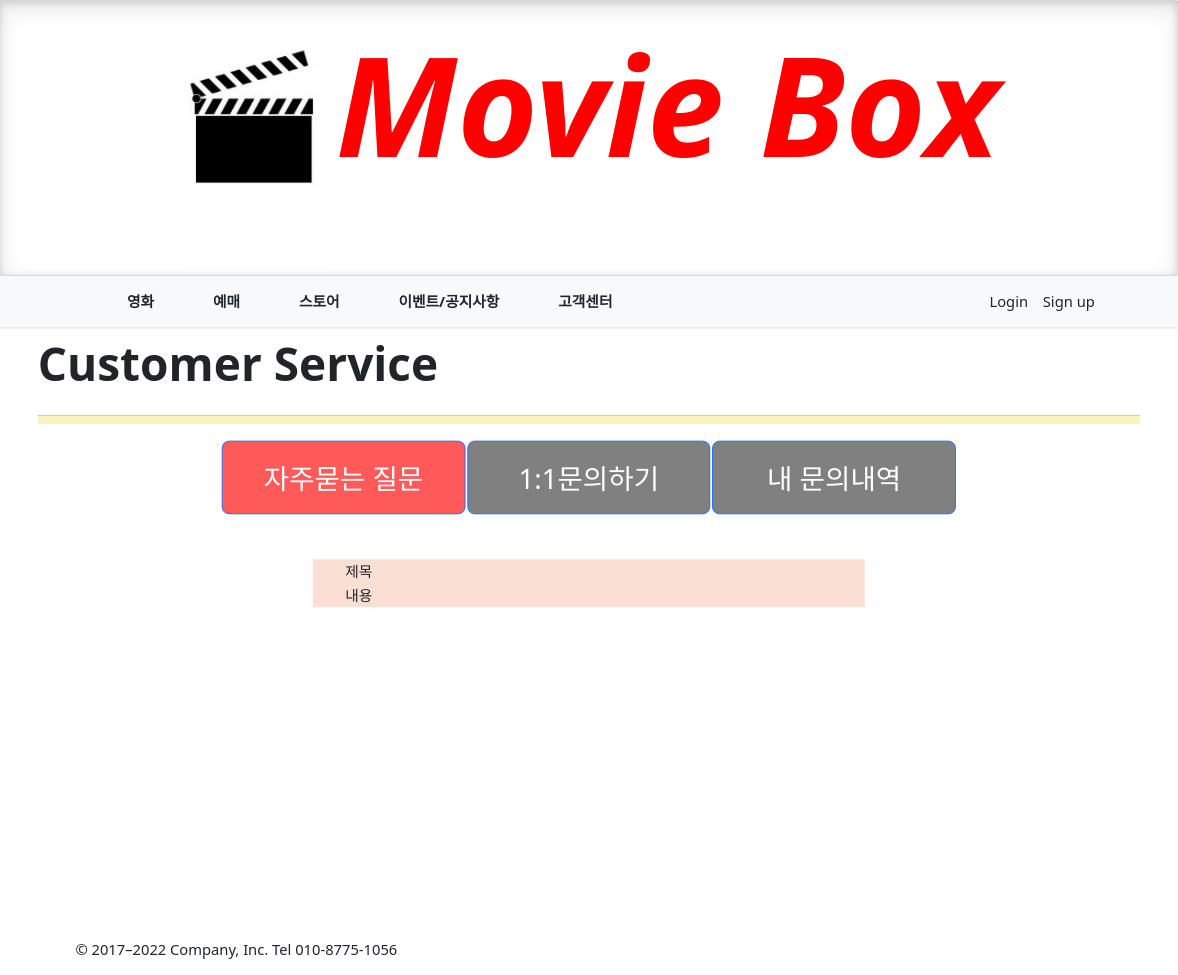
Repository: SpearManCN/MovieBox-2nd-Project-
Page: http://localhost/prj_01/WEB-INF/views/serviceDetail.jsp
The author's editor kept a copy of each file at every save. The page is drawn from the files as they stood at one save, then again after the next save.
The browser window is 1280 px wide. The pictures show the whole page, at 92% of full size.
The page is served by Tomcat 9. Nobody is signed in. Other server files are loaded and not shown. The template is opened directly, without the code that normally fills it, so the values that code supplies are empty.

Above is the page before, as saved 2022-12-21 17:42:50.

### Second project/prj_01/src/main/webapp/WEB-INF/views/serviceDetail.jsp
<%@ page language="java" contentType="text/html; charset=UTF-8"
    pageEncoding="UTF-8"%>
        <%@taglib prefix="c" uri="http://java.sun.com/jsp/jstl/core" %>
<!DOCTYPE html>
<html>
<head>
<meta name="viewport" content="width=device-width, initial-scale=1">
<meta charset="UTF-8">
<script src="/js/jquery-1.11.0.min.js"></script>
<link href="https://cdn.jsdelivr.net/npm/bootstrap@5.2.3/dist/css/bootstrap.min.css" rel="stylesheet" integrity="sha384-rbsA2VBKQhggwzxH7pPCaAqO46MgnOM80zW1RWuH61DGLwZJEdK2Kadq2F9CUG65" crossorigin="anonymous">
<script>
	function goServiceForm(){document.goForm.action="/serviceForm.do"; document.goForm.submit();}
	function goQnA(){document.goForm.action="/serviceQnA.do"; document.goForm.submit();}
	function goQnAList(){document.goForm.action="/serviceQnAList.do"; document.goForm.submit();}
	function goDetail(no){

		$("[name=no]").val(no);
		document.goForm.action="/serviceDetail.do";
		document.goForm.submit();


	}
</script>



</head>
<body>
<%@include file="/WEB-INF/views/commonHeader.jsp" %>
<form name="goForm" method="post"><input type="hidden" name="no" ></form>



<center>
<table width="1200px">
	<tr>
	<td align="left"><span style="font-size:50px; font-weight:bold;">Customer Service</span>
	<tr>
	<td><hr style="height:10px; background-color:#EDD200;">
	<tr>
</table>
</center>

<table align="center" width="800px">
	<tr>
	<td width="220px"><button onclick="goServiceForm();" type="button" class="btn btn-primary btn-lg" style="width:100%; height:80px; background-color:#FF5A5A;">
	<span style="font-size:30px; ">자주묻는 질문</span></button></td>

	<td width="220px"><button onclick="goQnA();" type="button" class="btn btn-primary btn-lg" style="width:100%; height:80px; background-color:gray;">
	<span style="font-size:30px; font-weight:;">1:1문의하기</span></button></td>

	<td width="220px"><button onclick="goQnAList();" type="button" class="btn btn-primary btn-lg" style="width:100%; height:80px; background-color:gray;">
	<span style="font-size:30px; font-weight:;">내 문의내역</span></button></td>

	</tr>
	<tr>
	</tr>

</table>
<br><br>
<table align="center" width="600px" style="background-color:#FAE0D4;">
<tr  align="center"><td width="100px">제목
</td>
<td width="500px">
</td>
</tr>
<tr  align="center">
<td>내용
</td>
<td>
</td>
</tr>
</table>













<br>











<%@include file="/WEB-INF/views/commonFooter.jsp" %>
</body>
</html>

### Second project/prj_01/src/main/webapp/WEB-INF/views/commonHeader.jsp
<%@ page language="java" contentType="text/html; charset=UTF-8"
    pageEncoding="UTF-8"%>



<script src="/js/jquery-1.11.0.min.js"></script>
<script>
function goLogin(){document.commonForm.action="/loginForm.do";document.commonForm.submit(); }
function goLoginJoin(){document.commonForm.action="/loginJoinForm.do";document.commonForm.submit();}
function goMyPage(){document.commonForm.action="/myPageHome.do";document.commonForm.submit(); }
function goMainForm(){document.commonForm.action="/mainForm.do";document.commonForm.submit(); }
function goLogout(){
	if(confirm("로그아웃 하시겠습니까?")){
		document.commonForm.action="/logout.do";document.commonForm.submit();
	}

	 }

</script>

<form name="commonForm" method="post"></form>
<div style="height:300px; background-color: white; border-width: 1px 0;
        box-shadow: inset 0 .5em 1.5em rgba(0, 0, 0, .1), inset 0 .125em .5em rgba(0, 0, 0, .15);         border: solid rgba(0, 0, 0, .15);
        border-width: 1px 0;" class="b-example-divider" align="center" >

 <span style="cursor:pointer" onclick="goMainForm();"><img src="resources/img/movieBox2.jpg" >
 <Span  style="font-size: 150px; color:red; font-weight: bold ; font-style: italic;" >Movie Box</Span>

 </span></div>

  <nav class="py-2 bg-light border-bottom">
    <div class="container d-flex flex-wrap">
      <ul class="nav me-auto">
      <li class="nav-item">&emsp;&emsp;&emsp;</li>
        <li class="nav-item"><a href="movieHome.do" class="nav-link link-dark px-2 active" aria-current="page" style="font-weight: bold ;" >영화</a></li>
         <li class="nav-item">&emsp;&emsp;&emsp;</li>
        <li class="nav-item"><a href="reserveForm.do" class="nav-link link-dark px-2" style="font-weight: bold ;">예매</a></li>
         <li class="nav-item">&emsp;&emsp;&emsp;</li>
        <li class="nav-item"><a href="/storeForm.do" class="nav-link link-dark px-2" style="font-weight: bold ;">스토어</a></li>
         <li class="nav-item">&emsp;&emsp;&emsp;</li>
        <li class="nav-item"><a href="/eventForm.do" class="nav-link link-dark px-2" style="font-weight: bold ;">이벤트/공지사항</a></li>
          <li class="nav-item">&emsp;&emsp;&emsp;</li>
        <li class="nav-item"><a href="/serviceForm.do" class="nav-link link-dark px-2" style="font-weight: bold ;">고객센터</a></li>

       </ul>
      <ul class="nav">

      		<%
      		if(session.getAttribute("memNo")==null){session.setAttribute("memNo",0);}
			int memNo = (int)session.getAttribute("memNo");
			if(memNo==0){	%>
        <li class="nav-item"><span class="nav-link link-dark px-2" style="cursor:pointer" onclick="goLogin();">Login</span></li>
			        <li class="nav-item"><span class="nav-link link-dark px-2" style="cursor:pointer" onclick="goLoginJoin();">Sign up</span></li>

			<%}else if(memNo==1){%>
			        <li class="nav-item"><span class="nav-link link-dark px-2" style="cursor:pointer" onclick="goAdmin();">AdminPage</span></li>

    				   <li class="nav-item"><span class="nav-link link-dark px-2" style="cursor:pointer" onclick="goLogout();">Logout</span></li>

			<%}else {%>
			      <li class="nav-item"><span class="nav-link link-dark px-2" style="cursor:pointer" onclick="goMyPage();">My Page</span></li>
    				   <li class="nav-item"><span class="nav-link link-dark px-2" style="cursor:pointer" onclick="goLogout();">Logout</span></li>
 				<%}
		%>






      </ul>
    </div>
  </nav>

### Second project/prj_01/src/main/webapp/WEB-INF/views/commonFooter.jsp
<%@ page language="java" contentType="text/html; charset=UTF-8"
    pageEncoding="UTF-8"%>
<!--====================================================================-->


<br>
<br><br><br><br><br><br><br><br><br><br><br>
<br><br>

  <footer class="container">
    <p class="float-end"></p>
    <p>&copy; 2017–2022 Company, Inc. Tel 010-8775-1056 </p>
  </footer>

<script src="https://cdn.jsdelivr.net/npm/bootstrap@5.2.3/dist/js/bootstrap.bundle.min.js" integrity="sha384-kenU1KFdBIe4zVF0s0G1M5b4hcpxyD9F7jL+jjXkk+Q2h455rYXK/7HAuoJl+0I4" crossorigin="anonymous"></script>

Loaded but not shown: Second project/prj_01/src/main/resources/static/js/jquery-1.11.0.min.js (library)

After the next save:
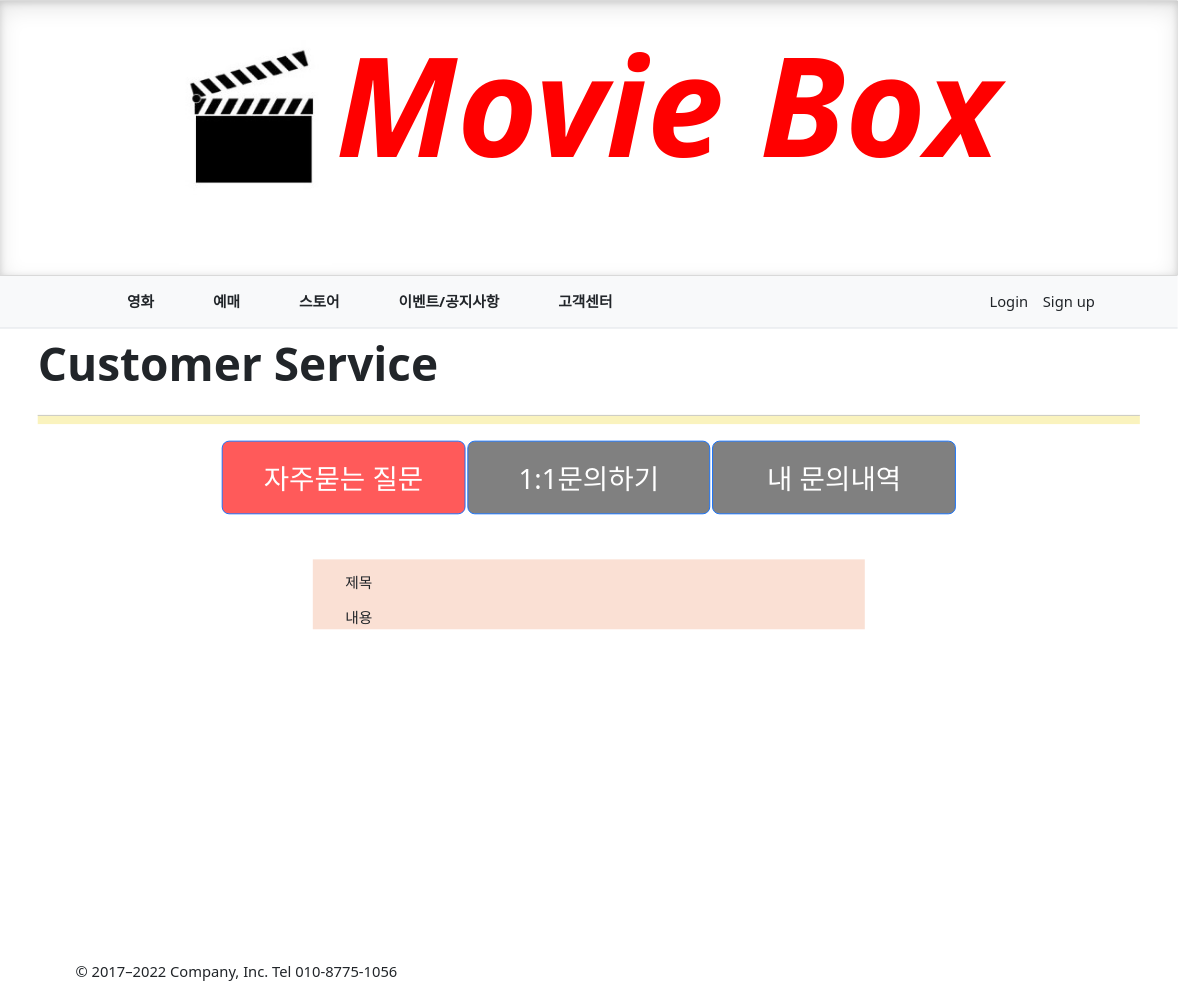
Saved 74 s later.
--- a/Second project/prj_01/src/main/webapp/WEB-INF/views/serviceDetail.jsp
+++ b/Second project/prj_01/src/main/webapp/WEB-INF/views/serviceDetail.jsp
@@ -59,7 +59,7 @@
 </table>
 <br><br>
 <table align="center" width="600px" style="background-color:#FAE0D4;">
-<tr  align="center"><td width="100px">제목
+<tr  align="center" height="50px"><td  width="100px">제목
 </td>
 <td width="500px">
 </td>
